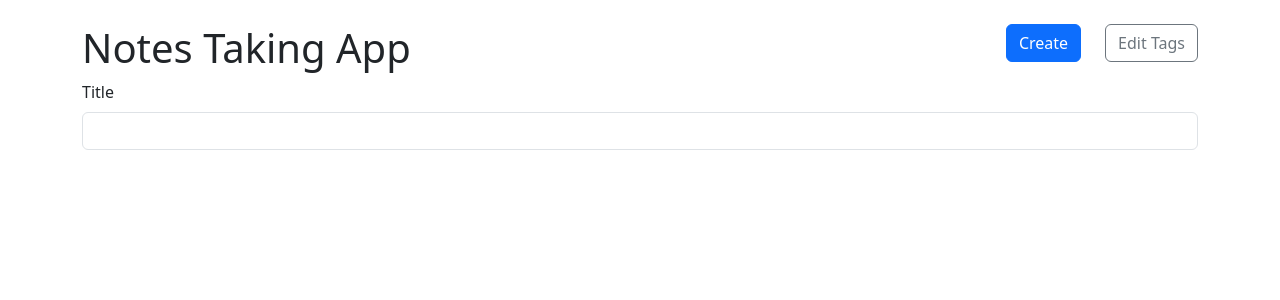
Repository: Hanqk97/Markdown_Note_Taking_App
Page: /
The author's editor kept a copy of each file at every save. The page is drawn from the files as they stood at one save, then again after the next save.
The browser window is 1280 px wide. The pictures show the whole page.
The project was rebuilt for these pictures with package versions that can differ from the ones it lists, and the page was loaded fresh each time. Also part of the build but not shown: vite.config.ts, src/NoteForm.tsx, src/NewNote.tsx.

Above is the page before, as saved 2023-09-11 01:25:13.

### src/main.tsx
import React from 'react'
import ReactDOM from 'react-dom/client'
import {BrowserRouter} from 'react-router-dom'
import App from './App.tsx'

ReactDOM.createRoot(document.getElementById('root')!).render(
  <React.StrictMode>
    <BrowserRouter>
      <App />
    </BrowserRouter>
  </React.StrictMode>,
)

### src/App.tsx
import "bootstrap/dist/css/bootstrap.min.css"
import React from 'react';
import { useMemo } from "react"
import { Container } from "react-bootstrap"
import { Routes, Route, Navigate } from "react-router-dom"
import { NewNote } from "./NewNote"
import { useLocalStorage } from "./useLocalStorage"
import { v4 as uuidV4 } from "uuid" // creat unique string based id
import { NoteList } from "./NoteList"
import { NoteLayout } from "./NoteLayout"
import { Note } from "./Note"
import { EditNote } from "./EditNote"

export type Note = {
  id : string
} & NoteData

export type RawNote = {
  id : string
}& RawNoteData

export type RawNoteData = {
  title : string
  markdown : string
  tagIds : string[]
}

export type NoteData = {
  title : string
  markdown : string
  tags : Tag[]

}

export type Tag = {
  id : string
  label : string
}

function App() {
  const [notes, setNotes] = useLocalStorage<RawNote[]>("NOTES", [])
  const [tags, setTags] = useLocalStorage<Tag[]>("TAGS", [])

  const noteWithTags = useMemo(() => {
    return notes.map(note => {
      return{...note, tags : tags.filter(tag => note.tagIds.includes(tag.id))}
    })
  }, [notes,tags])

  function onCreateNote( {tags, ...data} : NoteData)  {
    setNotes(prevNotes => {
      return [...prevNotes, {...data, id: uuidV4(), tagIds : tags.map(tag => tag.id)}
      ]
    })
  }

  function addTag(tag : Tag){
    setTags(prev => [...prev, tag])
  }

  return (
    // Give more margin
    <Container className = "my-4">
      <Routes>
        <Route path = "/"  element = {<NoteList />} />
        <Route path = "/new"  element = {<NewNote
        onSubmit = {onCreateNote}
        onAddTag = {addTag}
        availableTags = {tags}
        />} />
        <Route path = "/:id">
          <Route index element = {<h1>show</h1>} />
          <Route path = "edit" element = {<h1>edit</h1>} />
        </Route>
        {/* Handle unexist routes to back home page */}
        <Route path = "*"  element = {<Navigate to = "/" />} />
      </Routes>
    </Container>
  )
}

export default App

### src/useLocalStorage.tsx
import {useState, useEffect} from "react"

export function useLocalStorage<T>(key : string, initialValue : T | (() => T)) {
    const [value, setValue] = useState<T>( () =>{
        const jsonValue = localStorage.getItem(key)

        if (jsonValue == null){
            if(typeof initialValue === "function"){
                return (initialValue as () => T)()
            }else{
                return initialValue
            }
        }else{
            return JSON.parse(jsonValue)
        }
    })

    useEffect(() =>{
        localStorage.setItem(key, JSON.stringify(value))
    }, [value,key])

    return [value, setValue]  as [T, typeof setValue]
}

### src/NoteList.tsx
import React from "react"
import { useMemo, useState } from "react"
import {Badge, Button, Card, Col, Form, Modal, Row, Stack } from "react-bootstrap"
import { Link } from "react-router-dom"
import ReactSelect from "react-select"
import { Tag } from "./App"
import styles from "./NoteList.module.css"

export function NoteList() {
    return <>
    <Row>
        <Col><h1>Notes Taking App</h1></Col>
        <Col xs = "auto">
            <Stack gap={4} direction="horizontal">
                <Link to = "/new">
                    <Button variant="primary">Create</Button>
                </Link>
                <Button variant="outline-secondary">Edit Tags</Button>
            </Stack>
        </Col>
    </Row>
    <Form>
        <Row className="mb-4">
            <Col>
                <Form.Group controlId="title">
                    <Form.Label>Title</Form.Label>
                    <Form.Control type="text" />
                </Form.Group>
            </Col>
        </Row>
    </Form>
    </>
}

Loaded but not shown: index.html (common file)

After the next save:
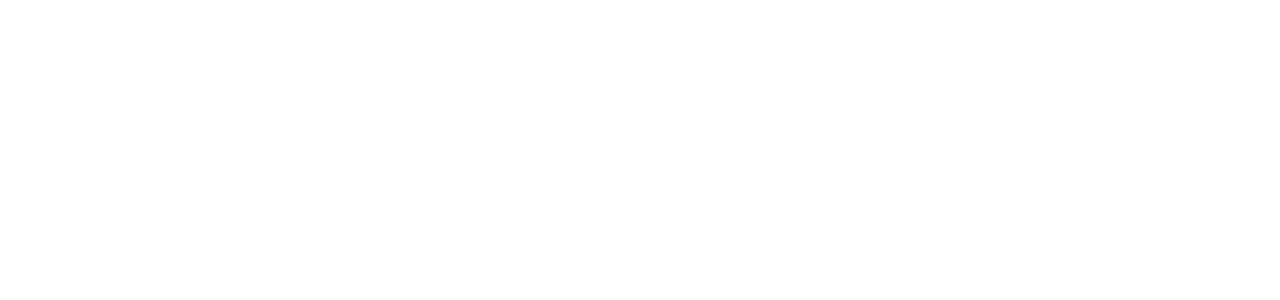
Console error: TypeError: Cannot read properties of undefined (reading 'map')
Saved 5 min 10 s later.
--- a/src/NoteList.tsx
+++ b/src/NoteList.tsx
@@ -1,33 +1,59 @@
 import React from "react"
 import { useMemo, useState } from "react"
-import {Badge, Button, Card, Col, Form, Modal, Row, Stack } from "react-bootstrap"
+import { Badge, Button, Card, Col, Form, Modal, Row, Stack } from "react-bootstrap"
 import { Link } from "react-router-dom"
 import ReactSelect from "react-select"
 import { Tag } from "./App"
 import styles from "./NoteList.module.css"
 
-export function NoteList() {
+type NoteListProps = {
+    availableTags : Tag[]
+}
+
+export function NoteList({availableTags}: NoteListProps) {
+    const [selectedTags, setSelectedTags] =  useState<Tag[]>([])
+
     return <>
-    <Row>
-        <Col><h1>Notes Taking App</h1></Col>
-        <Col xs = "auto">
-            <Stack gap={4} direction="horizontal">
-                <Link to = "/new">
-                    <Button variant="primary">Create</Button>
-                </Link>
-                <Button variant="outline-secondary">Edit Tags</Button>
-            </Stack>
-        </Col>
-    </Row>
-    <Form>
-        <Row className="mb-4">
-            <Col>
-                <Form.Group controlId="title">
-                    <Form.Label>Title</Form.Label>
-                    <Form.Control type="text" />
-                </Form.Group>
+        <Row>
+            <Col><h1>Notes Taking App</h1></Col>
+            <Col xs="auto">
+                <Stack gap={4} direction="horizontal">
+                    <Link to="/new">
+                        <Button variant="primary">Create</Button>
+                    </Link>
+                    <Button variant="outline-secondary">Edit Tags</Button>
+                </Stack>
             </Col>
         </Row>
-    </Form>
+        <Form>
+            <Row className="mb-4">
+                <Col>
+                    <Form.Group controlId="title">
+                        <Form.Label>Title</Form.Label>
+                        <Form.Control type="text" />
+                    </Form.Group>
+                </Col>
+                <Col>
+                    <Form.Group controlId="tags">
+                        <Form.Label>Tags</Form.Label>
+                        <ReactSelect
+                            value={selectedTags.map(tag => {
+                                return { label: tag.label, value: tag.id }
+                            })}
+                            options={availableTags.map(tag => {
+                                return { label: tag.label, value: tag.id }
+                            })}
+                            onChange={tags => {
+                                setSelectedTags(
+                                    tags.map(tag => {
+                                        return { label: tag.label, id: tag.value }
+                                    }))
+                            }}
+                            isMulti
+                        />
+                    </Form.Group>
+                </Col>
+            </Row>
+        </Form>
     </>
 }

After the save that followed:
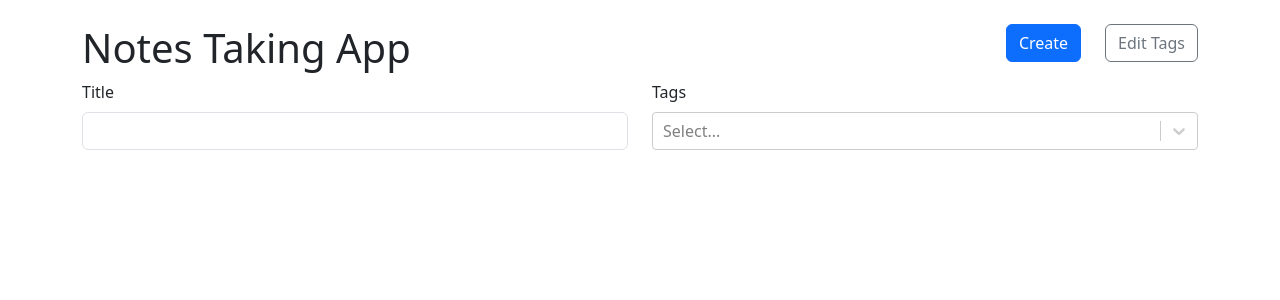
The error is gone.
Saved 30 s later.
--- a/src/App.tsx
+++ b/src/App.tsx
@@ -62,7 +62,7 @@
     // Give more margin
     <Container className = "my-4">
       <Routes>
-        <Route path = "/"  element = {<NoteList />} />
+        <Route path = "/"  element = {<NoteList availableTags={tags} />} />
         <Route path = "/new"  element = {<NewNote
         onSubmit = {onCreateNote}
         onAddTag = {addTag}
